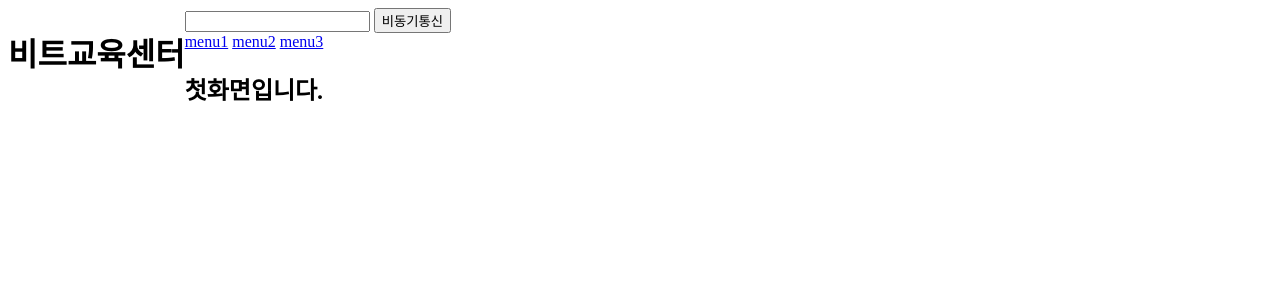
Repository: 2ket/workspace2
Page: web13/WebContent/index.html
An editor plug-in stored every save of this project. The page is shown before and after the next save, followed by the edit.
The browser window is 1280 px wide. The pictures show the whole page.

Above is the page before, as saved 2019-06-07 09:23:51.
Console error: ReferenceError: form is not defined

After the next save:
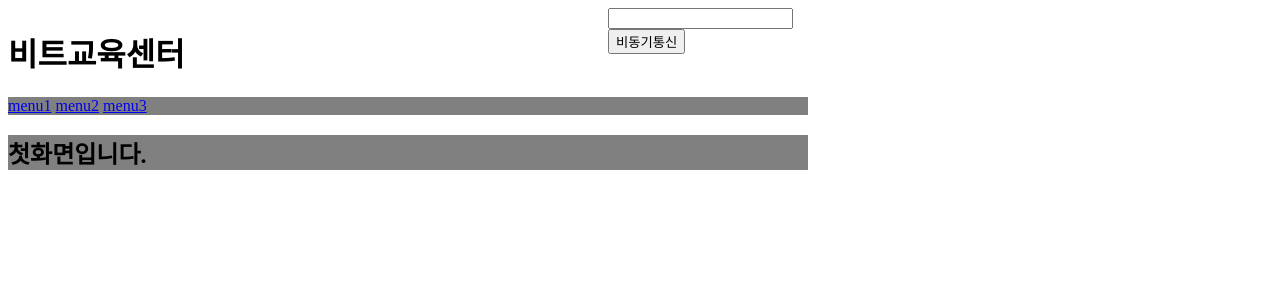
The error is gone.
Saved 27 min 19 s later.
--- a/web13/WebContent/index.html
+++ b/web13/WebContent/index.html
@@ -4,14 +4,19 @@
 <meta http-equiv="Content-Type" content="text/html; charset=UTF-8">
 <title>Insert title here</title>
 <style type="text/css">
-	body>
-
+	body>div{
+		width:800px;
+		background-color: gray;
+	}
 	#header>h1{
 		float:left;
 	}
 	#header>div{
-		width:
-
+		width:200px;
+		float:right;
+	}
+	#menu{
+		clear:both;
 	}
 </style>
 <script type="text/javascript">
@@ -28,22 +33,22 @@
 				var target=document.querySelector("#header>div");
 				target.innerHTML=msg;
 			};
+			form.onsubmit=function(){
+			//
+			var id=form.querySelector('#id').value;
+			var pw=form.querySelector('#pw').value;
+			xhr=new XMLHttpRequest();
+			xhr.onreadystatechange=function(){
+				console.log(xhr.readyState);
+				if(xhr.readyState==4){
+					var msg=xhr.responseText;
+					form.outerHTML=msg;
+				}
+			};
 			xhr.open('get', 'hello.jsp?id='+id);
 			xhr.send();
 		};
 	};
-	form.onsubmit=function(){
-		//
-		var id=form.querySelector('#id').value;
-		var pw=form.querySelector('#pw').value;
-		xhr=new XMLHttpRequest();
-		xhr.onreadystatechange=function(){
-			console.log(xhr.readyState);
-			if(xhr.readyState==4){
-				var msg=xhr.responseText;
-				form.outerHTML=msg;
-			}
-		};
 
 	};
 </script>
